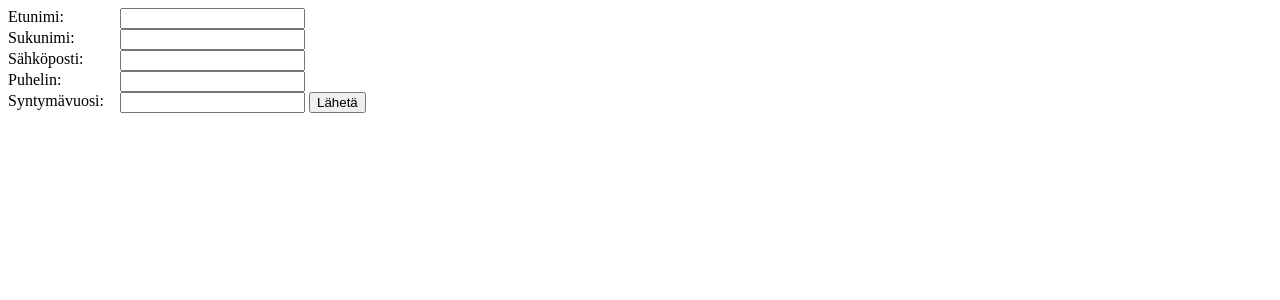
Repository: NellaPih/Asiakkaat
Page: http://localhost/Lomake/kysy.jsp
These files come from the project's save history. The page is drawn as it stood at one moment and after the next save; the edit follows.
The browser window is 1280 px wide. The pictures show the whole page.
The page is served by Tomcat 9.

Above is the page before, as saved 2020-04-17 12:34:18.

### Lomake/WebContent/kysy.jsp
<%@ page language="java" contentType="text/html; charset=ISO-8859-1"
    pageEncoding="ISO-8859-1"%>
<!DOCTYPE html>
<html>
<head>
<meta charset="ISO-8859-1">
<title>Insert title here</title>
</head>
<style type="text/css">
    label {
	   display: block;
	   width: 7em;
	   float: left;
    }
</style>
<body>
<form action="nayta.jsp" method="POST">
	<label>Etunimi:</label>
	<input type="text" name="etunimi"><br>
	<label>Sukunimi:</label>
	<input type="text" name="sukunimi"><br>
	<label>Sähköposti:</label>
	<input type="text" name="sposti"><br>
	<label>Puhelin:</label>
	<input type="text" name="puhelin"><br>
	<label>Syntymävuosi:</label>
	<input type="text" name="vuosi">
	<input type="submit" value="Lähetä">
</form>
</body>
</html>

After the next save:
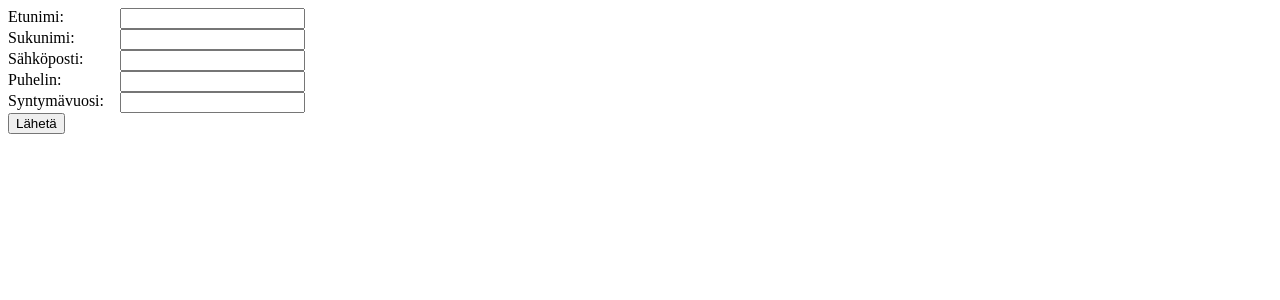
Saved 27 s later.
--- a/Lomake/WebContent/kysy.jsp
+++ b/Lomake/WebContent/kysy.jsp
@@ -24,7 +24,7 @@
 	<label>Puhelin:</label>
 	<input type="text" name="puhelin"><br>
 	<label>Syntymävuosi:</label>
-	<input type="text" name="vuosi">
+	<input type="text" name="vuosi"><br>
 	<input type="submit" value="Lähetä">
 </form>
 </body>
